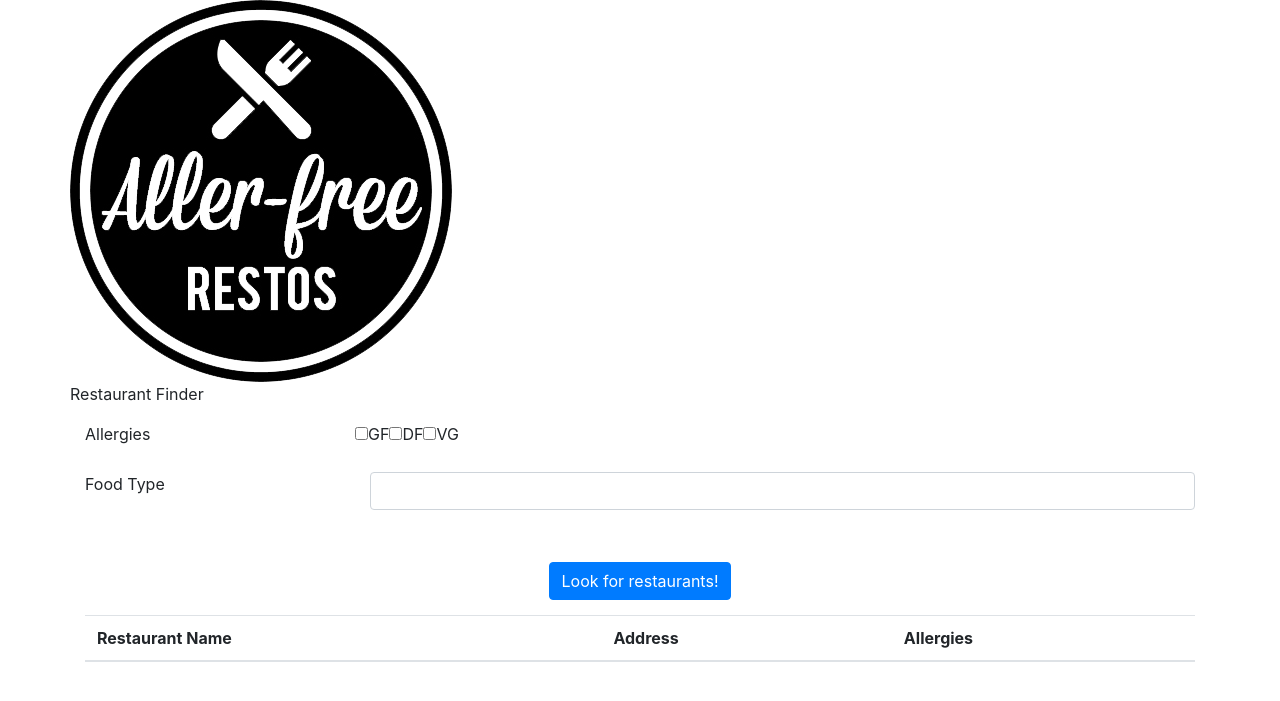
Repository: KobeRox/Loremips
Page: index.html
The author's editor kept a copy of each file at every save. The page is drawn from the files as they stood at one save, then again after the next save.
The browser window is 1280 px wide. The pictures show the whole page.
Some web libraries are served in a nearby version.

Above is the page before, as saved 2019-09-08 16:27:01.
Console error: TypeError: Cannot read properties of undefined (reading 'fn')

### index.html
<html>

<head>
    <link rel="stylesheet" src="style.css">
    <link rel="stylesheet" href="https://stackpath.bootstrapcdn.com/bootstrap/4.3.1/css/bootstrap.min.css"
        integrity="sha384-ggOyR0iXCbMQv3Xipma34MD+dH/1fQ784/j6cY/iJTQUOhcWr7x9JvoRxT2MZw1T" crossorigin="anonymous">
    <script src="https://stackpath.bootstrapcdn.com/bootstrap/4.3.1/js/bootstrap.min.js"
        integrity="sha384-JjSmVgyd0p3pXB1rRibZUAYoIIy6OrQ6VrjIEaFf/nJGzIxFDsf4x0xIM+B07jRM"
        crossorigin="anonymous"></script>
    <script src="https://ajax.googleapis.com/ajax/libs/jquery/3.4.1/jquery.min.js"></script>
    <script src="https://code.jquery.com/ui/1.12.1/jquery-ui.min.js"></script>
    <script src="zomato_cuisines.js"></script>
    <script src="zomato_restaurants.js"></script>
    <script src="contractResponse.js"></script>
    <script src="convertDataToHtml.js"></script>
    <script type="text/javascript" charset="utf-8">

        $(document).ready(function () {
            $("#searchbar").autocomplete({
                minLength: 0,
                source: get_cuisineList(),
                focus: function (event, ui) {
                    $("#searchbar").val(ui.item.label);
                    return false;
                },
                select: function (event, ui) {
                    $("#searchbar").val(ui.item.label);
                    return false;
                }
            })

            $("#clicking").click(function () {
                var search = $('#searchbar').val();
                console.log(search)
                var c_list = get_cuisineList();
                console.log(c_list);
                var c_id = get_cuisineId(search);
                console.log(c_id);
                get_restaurants(c_id, function (data) {
                    console.log(data);
                    convertDataToHtml(data);
                });
            });
        });
    </script>
</head>

<body>
    <div class="container">
        <div class="panel-heading">
            <div class="row">
				<div class="col-xs-12">
					<img src="allerfreerestos_logo.png">
				</div>
            </div>
        </div>
        <div class="panel-body">

            <div class="row" style="text-align: center;">
                <p>Restaurant Finder</p>
            </div>
            <div class="row" style="margin-bottom: 10px;">
                <div class="col-xs-3 col-md-3">
                    <p>Allergies</p>
                </div>
                <div class=" col-xs-3 checkbox" style="margin-top: 0px !important">
                    <label>
                        <input type="checkbox" value="apple">GF
                    </label>
                </div>
                <div class=" col-xs-3 checkbox">
                    <label>
                        <input type="checkbox" value="pear">DF
                    </label>
                </div>
                <div class=" col-xs-3 checkbox">
                    <label>
                        <input type="checkbox" value="orange">VG
                    </label>
                </div>
            </div>


            <div class="row" style="margin-bottom: 50px;">
                <div class="col-xs-3 col-md-3">
                    <p>Food Type</p>
                </div>


                <div class="col-xs-9 col-md-9">
                    <input type="text" class="form-control" id='searchbar'>
                </div>

            </div>
            <div class="row" style="text-align: center;">
                <div class="col-xs-12 col-md-12">
                    <button type="button" class="btn btn-primary" style="margin-bottom: 15px;" id="clicking">Look
                        for restaurants!</button>
                </div>
            </div>
        </div>

        <div class="row">
            <div class="col-xs-12 col-md-12">
                <table class="table">
                    <thead>
                        <tr>
                            <th scope="col">Restaurant Name</th>
                            <th scope="col">Address</th>
                            <th scope="col">Allergies</th>
                        </tr>
                    <tbody id="restoResults">

                    </tbody>
                    </thead>
                </table>
            </div>


        </div>
        <!-- <div class="panel-footer"></div> -->
    </div>


</body>

</html>

### zomato_cuisines.js
function get_cuisineId(name){

	for(var i=0; i<list_cuisine.length; i++){
		if (list_cuisine[i]["cuisine"]["cuisine_name"] == name)
			return list_cuisine[i]["cuisine"]["cuisine_id"];
	}
}

function get_cuisineList(){
	var cuisine_names= [];
	for(var i=0; i<6; i++){
		cuisine_names.push(list_cuisine[i]["cuisine"]["cuisine_name"]);
	}
	return cuisine_names;
}
var  list_cuisine = [
        {
            "cuisine": {
                "cuisine_id": 6,
                "cuisine_name": "Afghani"
            }
        },
        {
            "cuisine": {
                "cuisine_id": 152,
                "cuisine_name": "African"
            }
        },
        {
            "cuisine": {
                "cuisine_id": 1,
                "cuisine_name": "American"
            }
        },
        {
            "cuisine": {
                "cuisine_id": 4,
                "cuisine_name": "Arabian"
            }
        },
        {
            "cuisine": {
                "cuisine_id": 151,
                "cuisine_name": "Argentine"
            }
        },
        {
            "cuisine": {
                "cuisine_id": 3,
                "cuisine_name": "Asian"
            }
        },
        {
            "cuisine": {
                "cuisine_id": 401,
                "cuisine_name": "Asian Fusion"
            }
        },
        {
            "cuisine": {
                "cuisine_id": 193,
                "cuisine_name": "BBQ"
            }
        },
        {
            "cuisine": {
                "cuisine_id": 5,
                "cuisine_name": "Bakery"
            }
        },
        {
            "cuisine": {
                "cuisine_id": 227,
                "cuisine_name": "Bar Food"
            }
        },
        {
            "cuisine": {
                "cuisine_id": 132,
                "cuisine_name": "Belgian"
            }
        },
        {
            "cuisine": {
                "cuisine_id": 270,
                "cuisine_name": "Beverages"
            }
        },
        {
            "cuisine": {
                "cuisine_id": 159,
                "cuisine_name": "Brazilian"
            }
        },
        {
            "cuisine": {
                "cuisine_id": 133,
                "cuisine_name": "British"
            }
        },
        {
            "cuisine": {
                "cuisine_id": 247,
                "cuisine_name": "Bubble Tea"
            }
        },
        {
            "cuisine": {
                "cuisine_id": 168,
                "cuisine_name": "Burger"
            }
        },
        {
            "cuisine": {
                "cuisine_id": 1039,
                "cuisine_name": "Cafe Food"
            }
        },
        {
            "cuisine": {
                "cuisine_id": 111,
                "cuisine_name": "Cambodian"
            }
        },
        {
            "cuisine": {
                "cuisine_id": 121,
                "cuisine_name": "Cantonese"
            }
        },
        {
            "cuisine": {
                "cuisine_id": 994,
                "cuisine_name": "Charcoal Chicken"
            }
        },
        {
            "cuisine": {
                "cuisine_id": 25,
                "cuisine_name": "Chinese"
            }
        },
        {
            "cuisine": {
                "cuisine_id": 161,
                "cuisine_name": "Coffee and Tea"
            }
        },
        {
            "cuisine": {
                "cuisine_id": 287,
                "cuisine_name": "Colombian"
            }
        },
        {
            "cuisine": {
                "cuisine_id": 144,
                "cuisine_name": "Contemporary"
            }
        },
        {
            "cuisine": {
                "cuisine_id": 35,
                "cuisine_name": "Continental"
            }
        },
        {
            "cuisine": {
                "cuisine_id": 928,
                "cuisine_name": "Creole"
            }
        },
        {
            "cuisine": {
                "cuisine_id": 881,
                "cuisine_name": "Crepes"
            }
        },
        {
            "cuisine": {
                "cuisine_id": 192,
                "cuisine_name": "Deli"
            }
        },
        {
            "cuisine": {
                "cuisine_id": 100,
                "cuisine_name": "Desserts"
            }
        },
        {
            "cuisine": {
                "cuisine_id": 268,
                "cuisine_name": "Drinks Only"
            }
        },
        {
            "cuisine": {
                "cuisine_id": 985,
                "cuisine_name": "Dumplings"
            }
        },
        {
            "cuisine": {
                "cuisine_id": 38,
                "cuisine_name": "European"
            }
        },
        {
            "cuisine": {
                "cuisine_id": 571,
                "cuisine_name": "Falafel"
            }
        },
        {
            "cuisine": {
                "cuisine_id": 40,
                "cuisine_name": "Fast Food"
            }
        },
        {
            "cuisine": {
                "cuisine_id": 1006,
                "cuisine_name": "Fijian"
            }
        },
        {
            "cuisine": {
                "cuisine_id": 112,
                "cuisine_name": "Filipino"
            }
        },
        {
            "cuisine": {
                "cuisine_id": 271,
                "cuisine_name": "Finger Food"
            }
        },
        {
            "cuisine": {
                "cuisine_id": 298,
                "cuisine_name": "Fish and Chips"
            }
        },
        {
            "cuisine": {
                "cuisine_id": 45,
                "cuisine_name": "French"
            }
        },
        {
            "cuisine": {
                "cuisine_id": 1025,
                "cuisine_name": "Fried Chicken"
            }
        },
        {
            "cuisine": {
                "cuisine_id": 501,
                "cuisine_name": "Frozen Yogurt"
            }
        },
        {
            "cuisine": {
                "cuisine_id": 274,
                "cuisine_name": "Fusion"
            }
        },
        {
            "cuisine": {
                "cuisine_id": 134,
                "cuisine_name": "German"
            }
        },
        {
            "cuisine": {
                "cuisine_id": 156,
                "cuisine_name": "Greek"
            }
        },
        {
            "cuisine": {
                "cuisine_id": 181,
                "cuisine_name": "Grill"
            }
        },
        {
            "cuisine": {
                "cuisine_id": 521,
                "cuisine_name": "Hawaiian"
            }
        },
        {
            "cuisine": {
                "cuisine_id": 143,
                "cuisine_name": "Healthy Food"
            }
        },
        {
            "cuisine": {
                "cuisine_id": 1022,
                "cuisine_name": "Hot Pot"
            }
        },
        {
            "cuisine": {
                "cuisine_id": 228,
                "cuisine_name": "Hungarian"
            }
        },
        {
            "cuisine": {
                "cuisine_id": 233,
                "cuisine_name": "Ice Cream"
            }
        },
        {
            "cuisine": {
                "cuisine_id": 148,
                "cuisine_name": "Indian"
            }
        },
        {
            "cuisine": {
                "cuisine_id": 114,
                "cuisine_name": "Indonesian"
            }
        },
        {
            "cuisine": {
                "cuisine_id": 154,
                "cuisine_name": "International"
            }
        },
        {
            "cuisine": {
                "cuisine_id": 140,
                "cuisine_name": "Iranian"
            }
        },
        {
            "cuisine": {
                "cuisine_id": 135,
                "cuisine_name": "Irish"
            }
        },
        {
            "cuisine": {
                "cuisine_id": 55,
                "cuisine_name": "Italian"
            }
        },
        {
            "cuisine": {
                "cuisine_id": 60,
                "cuisine_name": "Japanese"
            }
        },
        {
            "cuisine": {
                "cuisine_id": 265,
                "cuisine_name": "Jewish"
            }
        },
        {
            "cuisine": {
                "cuisine_id": 1042,
                "cuisine_name": "Jiangnan"
            }
        },
        {
            "cuisine": {
                "cuisine_id": 164,
                "cuisine_name": "Juices"
            }
        },
        {
            "cuisine": {
                "cuisine_id": 178,
                "cuisine_name": "Kebab"
            }
        },
        {
            "cuisine": {
                "cuisine_id": 167,
                "cuisine_name": "Kiwi"
            }
        },
        {
            "cuisine": {
                "cuisine_id": 67,
                "cuisine_name": "Korean"
            }
        },
        {
            "cuisine": {
                "cuisine_id": 1021,
                "cuisine_name": "Korean BBQ"
            }
        },
        {
            "cuisine": {
                "cuisine_id": 136,
                "cuisine_name": "Latin American"
            }
        },
        {
            "cuisine": {
                "cuisine_id": 66,
                "cuisine_name": "Lebanese"
            }
        },
        {
            "cuisine": {
                "cuisine_id": 69,
                "cuisine_name": "Malaysian"
            }
        },
        {
            "cuisine": {
                "cuisine_id": 977,
                "cuisine_name": "Meat Pie"
            }
        },
        {
            "cuisine": {
                "cuisine_id": 70,
                "cuisine_name": "Mediterranean"
            }
        },
        {
            "cuisine": {
                "cuisine_id": 73,
                "cuisine_name": "Mexican"
            }
        },
        {
            "cuisine": {
                "cuisine_id": 137,
                "cuisine_name": "Middle Eastern"
            }
        },
        {
            "cuisine": {
                "cuisine_id": 294,
                "cuisine_name": "Modern European"
            }
        },
        {
            "cuisine": {
                "cuisine_id": 1055,
                "cuisine_name": "Modern New Zealand"
            }
        },
        {
            "cuisine": {
                "cuisine_id": 74,
                "cuisine_name": "Mongolian"
            }
        },
        {
            "cuisine": {
                "cuisine_id": 147,
                "cuisine_name": "Moroccan"
            }
        },
        {
            "cuisine": {
                "cuisine_id": 117,
                "cuisine_name": "Nepalese"
            }
        },
        {
            "cuisine": {
                "cuisine_id": 50,
                "cuisine_name": "North Indian"
            }
        },
        {
            "cuisine": {
                "cuisine_id": 321,
                "cuisine_name": "Pacific"
            }
        },
        {
            "cuisine": {
                "cuisine_id": 139,
                "cuisine_name": "Pakistani"
            }
        },
        {
            "cuisine": {
                "cuisine_id": 209,
                "cuisine_name": "Pan Asian"
            }
        },
        {
            "cuisine": {
                "cuisine_id": 162,
                "cuisine_name": "Peruvian"
            }
        },
        {
            "cuisine": {
                "cuisine_id": 1020,
                "cuisine_name": "Pho"
            }
        },
        {
            "cuisine": {
                "cuisine_id": 82,
                "cuisine_name": "Pizza"
            }
        },
        {
            "cuisine": {
                "cuisine_id": 1019,
                "cuisine_name": "Poké"
            }
        },
        {
            "cuisine": {
                "cuisine_id": 87,
                "cuisine_name": "Portuguese"
            }
        },
        {
            "cuisine": {
                "cuisine_id": 983,
                "cuisine_name": "Pub Food"
            }
        },
        {
            "cuisine": {
                "cuisine_id": 320,
                "cuisine_name": "Ramen"
            }
        },
        {
            "cuisine": {
                "cuisine_id": 1033,
                "cuisine_name": "Roast"
            }
        },
        {
            "cuisine": {
                "cuisine_id": 84,
                "cuisine_name": "Russian"
            }
        },
        {
            "cuisine": {
                "cuisine_id": 998,
                "cuisine_name": "Salad"
            }
        },
        {
            "cuisine": {
                "cuisine_id": 304,
                "cuisine_name": "Sandwich"
            }
        },
        {
            "cuisine": {
                "cuisine_id": 83,
                "cuisine_name": "Seafood"
            }
        },
        {
            "cuisine": {
                "cuisine_id": 831,
                "cuisine_name": "Shanghai"
            }
        },
        {
            "cuisine": {
                "cuisine_id": 128,
                "cuisine_name": "Sichuan"
            }
        },
        {
            "cuisine": {
                "cuisine_id": 119,
                "cuisine_name": "Singaporean"
            }
        },
        {
            "cuisine": {
                "cuisine_id": 85,
                "cuisine_name": "South Indian"
            }
        },
        {
            "cuisine": {
                "cuisine_id": 89,
                "cuisine_name": "Spanish"
            }
        },
        {
            "cuisine": {
                "cuisine_id": 86,
                "cuisine_name": "Sri Lankan"
            }
        },
        {
            "cuisine": {
                "cuisine_id": 141,
                "cuisine_name": "Steak"
            }
        },
        {
            "cuisine": {
                "cuisine_id": 90,
                "cuisine_name": "Street Food"
            }
        },
        {
            "cuisine": {
                "cuisine_id": 177,
                "cuisine_name": "Sushi"
            }
        },
        {
            "cuisine": {
                "cuisine_id": 190,
                "cuisine_name": "Taiwanese"
            }
        },
        {
            "cuisine": {
                "cuisine_id": 179,
                "cuisine_name": "Tapas"
            }
        },
        {
            "cuisine": {
                "cuisine_id": 163,
                "cuisine_name": "Tea"
            }
        },
        {
            "cuisine": {
                "cuisine_id": 981,
                "cuisine_name": "Teppanyaki"
            }
        },
        {
            "cuisine": {
                "cuisine_id": 150,
                "cuisine_name": "Tex-Mex"
            }
        },
        {
            "cuisine": {
                "cuisine_id": 95,
                "cuisine_name": "Thai"
            }
        },
        {
            "cuisine": {
                "cuisine_id": 142,
                "cuisine_name": "Turkish"
            }
        },
        {
            "cuisine": {
                "cuisine_id": 1038,
                "cuisine_name": "Uyghur"
            }
        },
        {
            "cuisine": {
                "cuisine_id": 1034,
                "cuisine_name": "Vegan"
            }
        },
        {
            "cuisine": {
                "cuisine_id": 308,
                "cuisine_name": "Vegetarian"
            }
        },
        {
            "cuisine": {
                "cuisine_id": 641,
                "cuisine_name": "Venezuelan"
            }
        },
        {
            "cuisine": {
                "cuisine_id": 99,
                "cuisine_name": "Vietnamese"
            }
        },
        {
            "cuisine": {
                "cuisine_id": 978,
                "cuisine_name": "Yum Cha"
            }
        }
    ]

### zomato_restaurants.js
function get_restaurants(cuisine_id, callback) {
  $.ajax({
    url:
      "https://developers.zomato.com/api/v2.1/search?city_id=70&cuisines=" +
      cuisine_id,
    type: "GET",
    //d323749b276f5be54a2e776c45a7ad1a
    //b17db59020e7fbe543111e1e6c2e5ecb
    beforeSend: function(xhr) {
      xhr.setRequestHeader("user-key", "d323749b276f5be54a2e776c45a7ad1a");
    },
    success: function(data) {
      callback(convertContract(data));
    }
  });
}

### contractResponse.js
function convertContract(input) {
  var results = [];

  for (var x = 0; x < input.results_shown; x++) {
    results.push({
      restaurantName: input.restaurants[x].restaurant.name,
      address: input.restaurants[x].restaurant.location.address,
      allergies: input.restaurants[x].restaurant.cuisines.split(",")
    });
  }
  return results;
}

### convertDataToHtml.js

function convertDataToHtml(data){
    var html;
    var test2 = document.getElementById('restoResults');
    test2.innerHTML = " ";
    for(var test in data){
        let dataRow = data[test]
        var row = document.createElement('tr');
        for (var property in dataRow) {
            var th = document.createElement('td');
            th.scope = "col";
            th.innerText = dataRow[property];
            row.appendChild(th);
        }
        test2.appendChild(row);
    }
    return html;
}

After the next save:
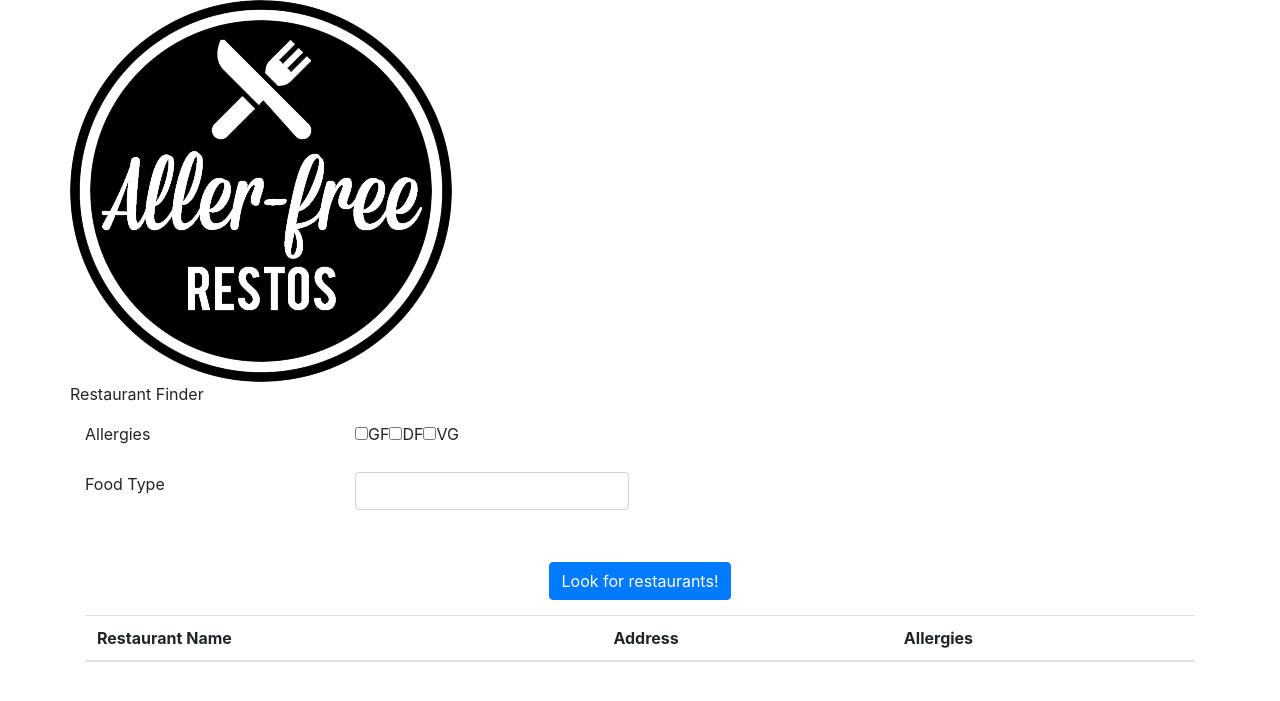
Saved 31 s later.
--- a/index.html
+++ b/index.html
@@ -87,7 +87,7 @@
                 </div>
 
 
-                <div class="col-xs-9 col-md-9">
+                <div >
                     <input type="text" class="form-control" id='searchbar'>
                 </div>
 
